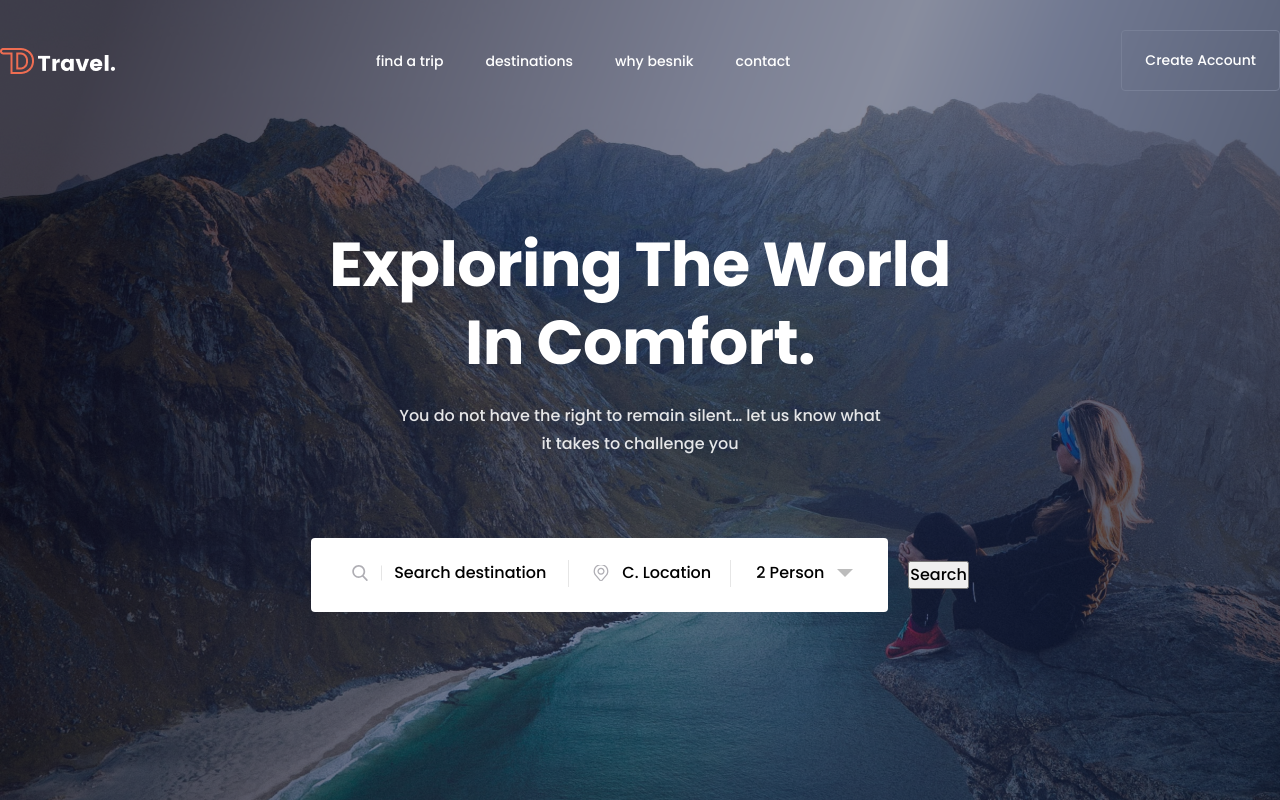
Repository: hoang0508/LandingPage-CodeTravel2
Page: index.html
The author's editor kept a copy of each file at every save. The page is drawn from the files as they stood at one save, then again after the next save.
The browser window is 1280 px wide. The pictures show the whole page.
The style sheet was rebuilt from its Sass, Less or Tailwind sources for each picture, by a compiler version that may differ from the author's.

Above is the page before, as saved 2022-09-15 17:29:46.

After the next save:
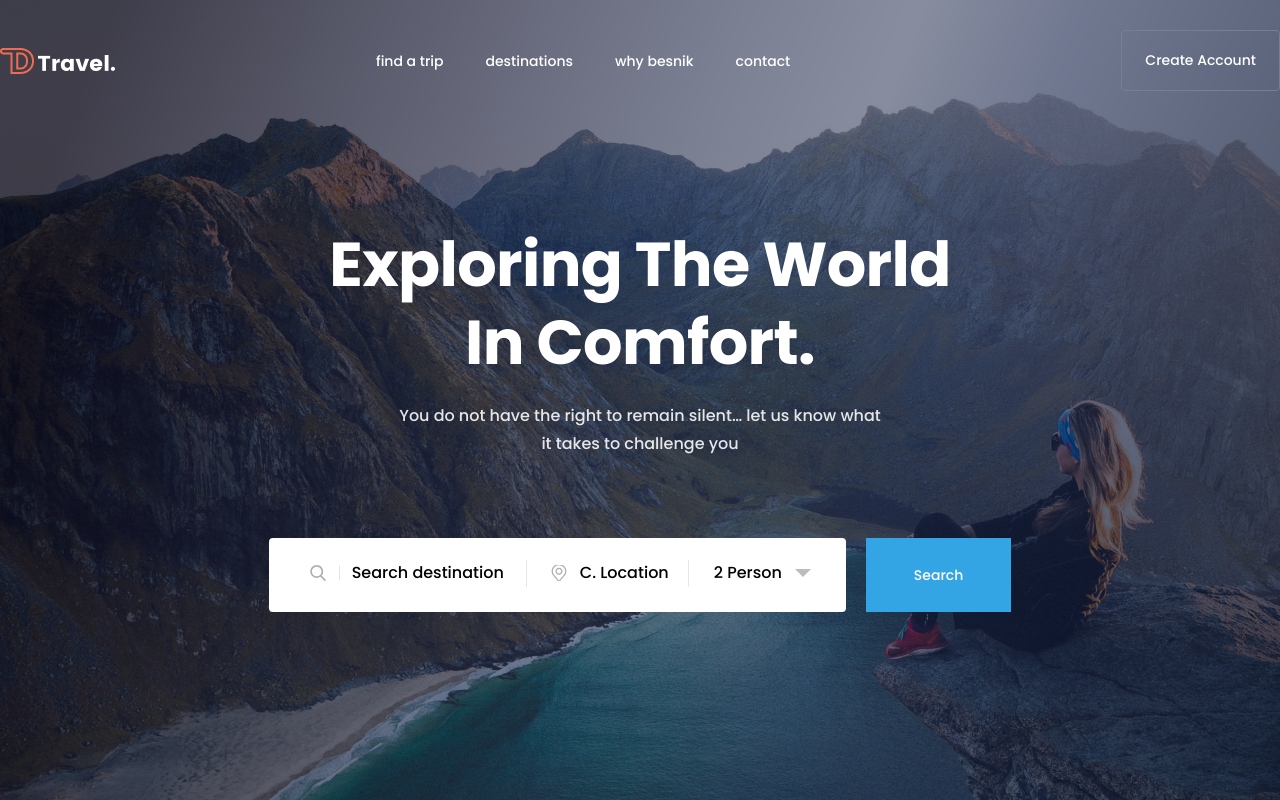
Saved 2 s later.
--- a/index.html
+++ b/index.html
@@ -69,7 +69,7 @@
                   </div>
                 </div>
                 </div>
-                <button>Search</button>
+                <button class="button button-search">Search</button>
               </div>
             </div>
           </div>
